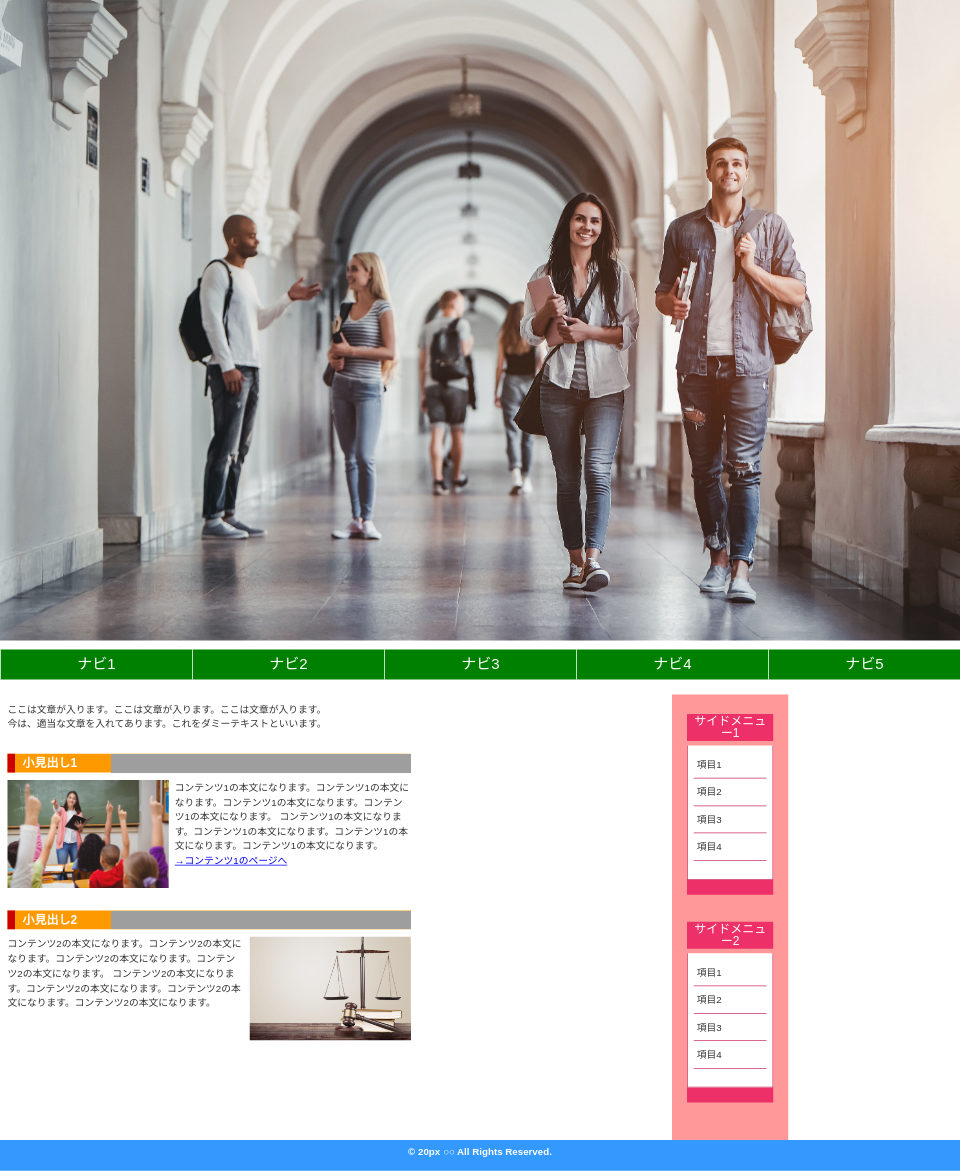
Repository: otanaoyuki/samurai_HTML-CSS
Page: home.html
The author's editor kept a record of every edit. The page is drawn from the files as they stood at one moment, then again after the next edit.
The browser window is 1280 px wide. The pictures show the whole page, at 75% of full size.
Pictures or frames that could not be fetched are drawn as grey boxes.

Above is the page before.

After the next edit:
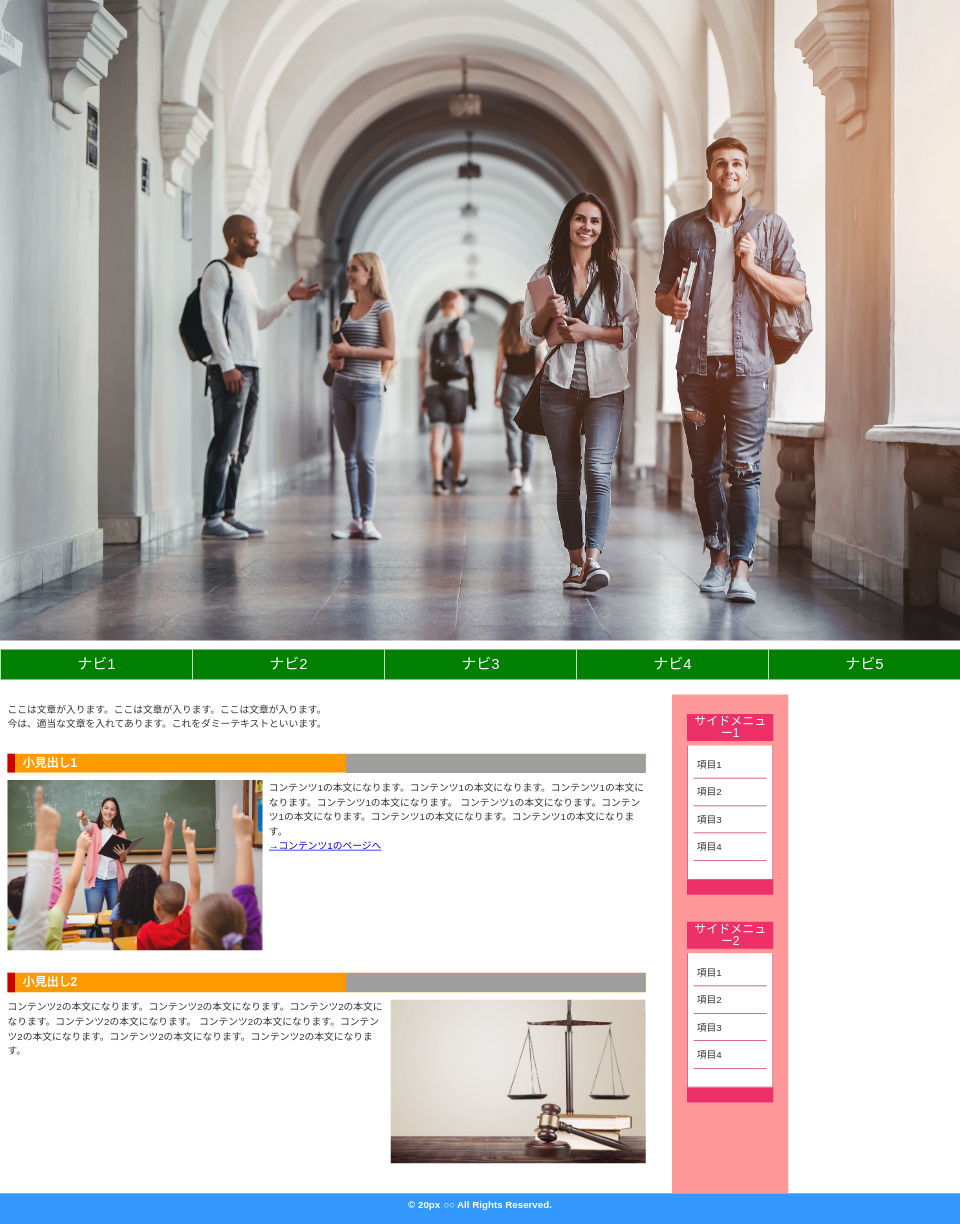
The edit:
--- a/stylesheet.css
+++ b/stylesheet.css
@@ -86,9 +86,7 @@
 }
  /* -------------------- main -------------------- */
 #main{
-    width: 95%
-    float: left;
-    width:60%;
+    width: 95%;
     padding:10px 30px 10px 10px;
  }
 #main h2{
